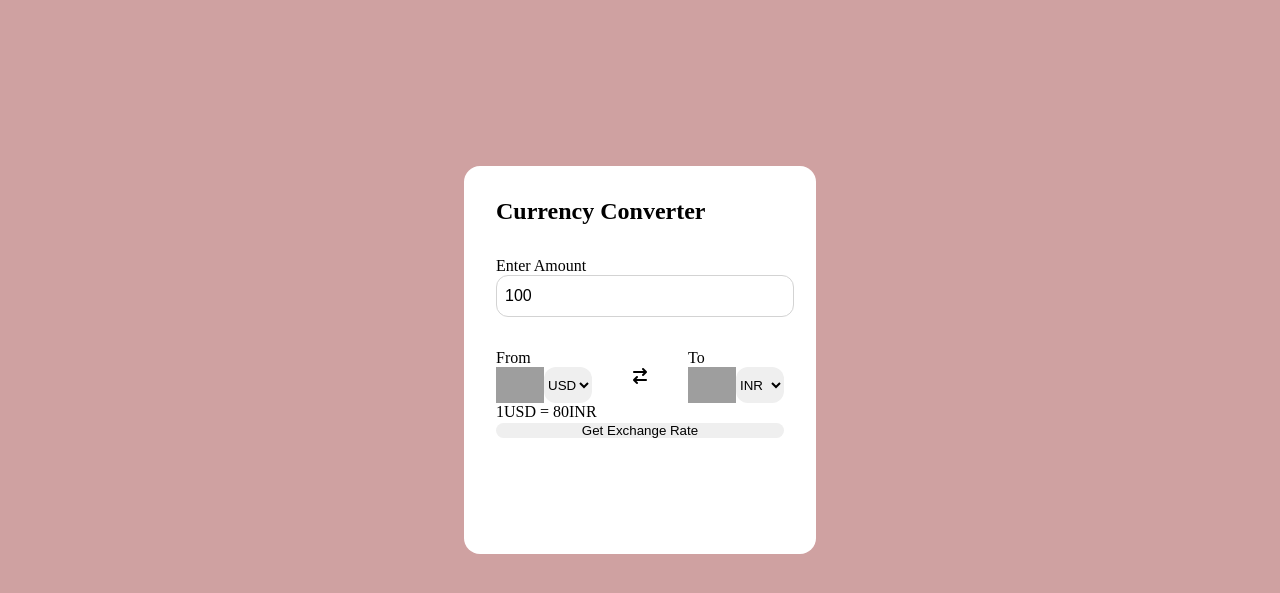
Repository: Chiranshukapil/Currency-Converter
Page: index.html
The author's editor kept a copy of each file at every save. The page is drawn from the files as they stood at one save, then again after a run of saves.
The browser window is 1280 px wide. The pictures show the whole page.
Pictures or frames that could not be fetched are drawn as grey boxes.

Above is the page before, as saved 2024-07-01 04:25:49.

After the next 2 saves:
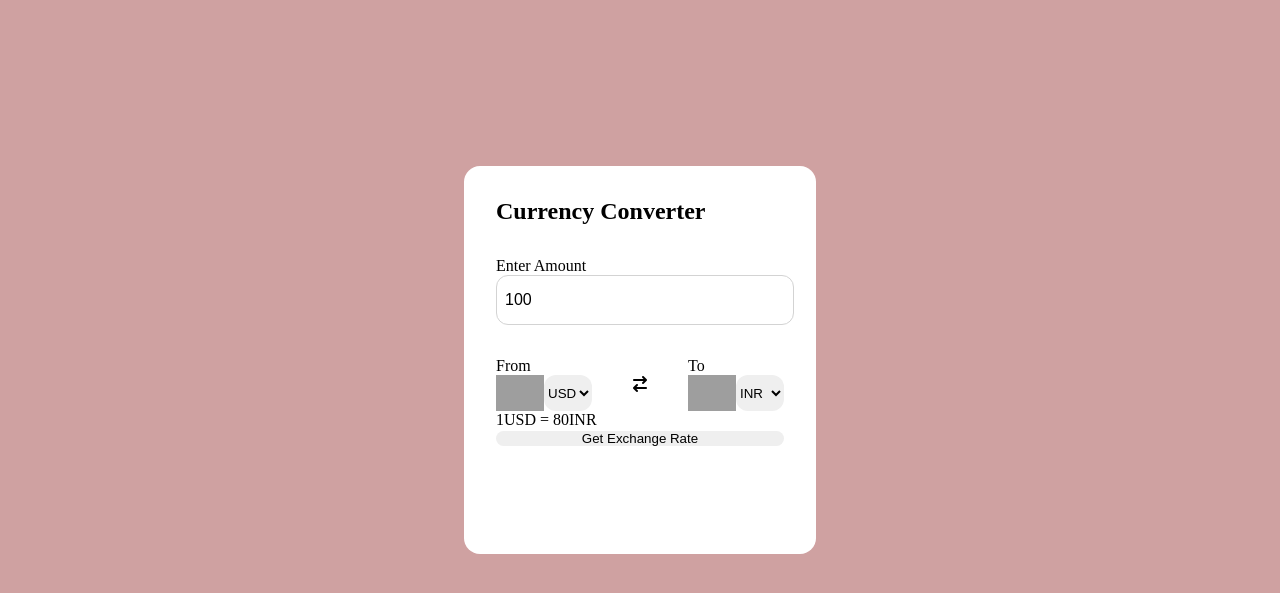
The 2 saves are shown as one change because they came seconds apart.
The last was saved 35 s later.
--- a/style.css
+++ b/style.css
@@ -39,7 +39,7 @@ form select,button,input{
 form input{
     border: 1px solid lightgray;
     font-size: 1rem;
-    height: 2.5rem;
+    height: 3rem;
     padding-left: 0.5rem;
 }
 
